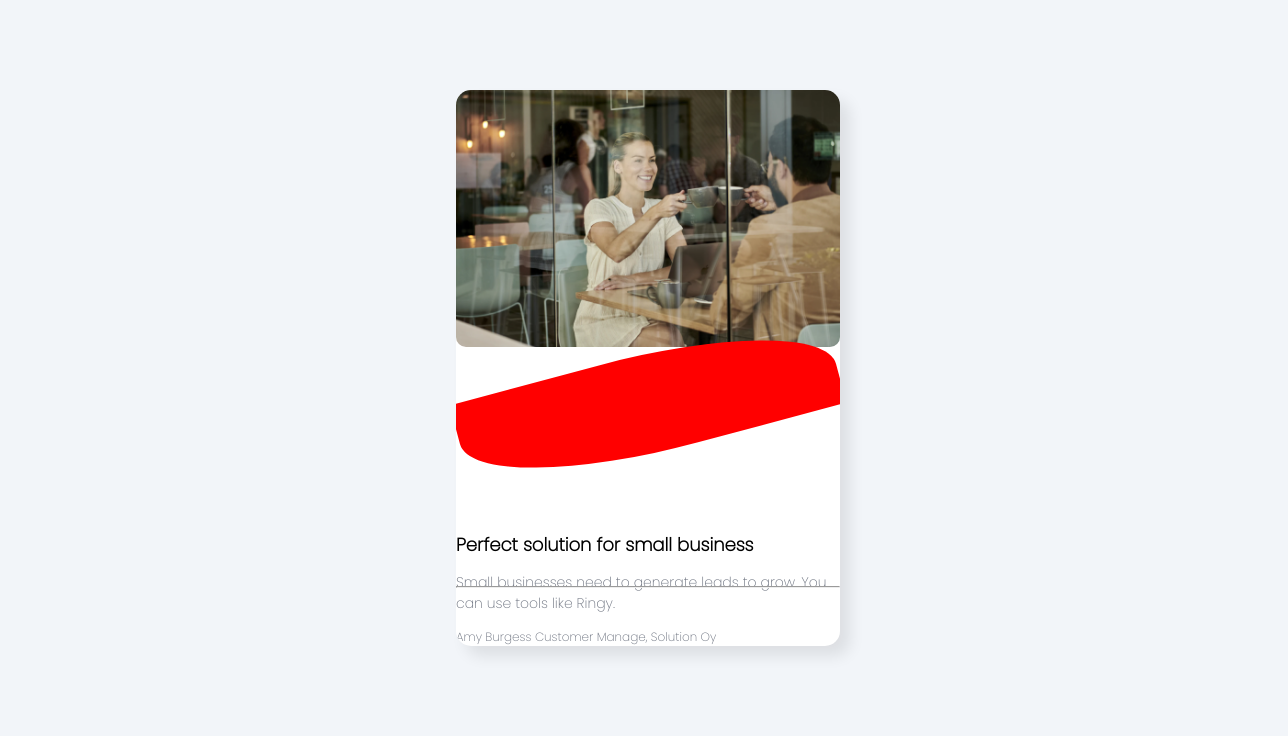
Repository: massndongo/business-blog-card
Page: index.html
These files come from the project's save history. The page is drawn as it stood at one moment and after the next save; the edit follows.
The browser window is 1280 px wide. The page is 1288 px wide, so the pictures cover 1288 px, including what lies to the right of the window. The pictures show the whole page.

Above is the page before, as saved 2023-11-08 04:27:30.

After the next save:
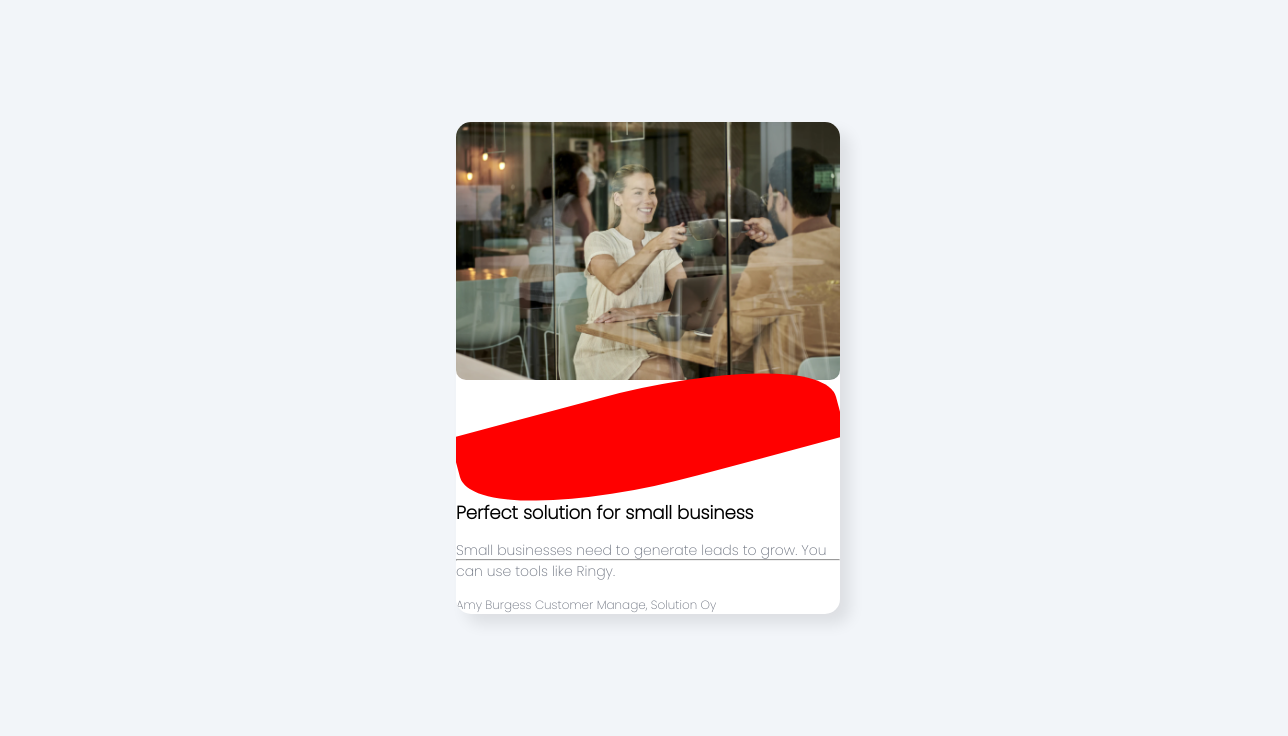
Saved 8 s later.
--- a/css/styles.css
+++ b/css/styles.css
@@ -36,7 +36,7 @@ body {
     border-radius: 0 60% 0;
     transform: rotate(-15deg);
     position: relative;
-    margin-bottom: 20%;
+    margin-bottom: 2%;
 }
 .title{
     font-size: 18px;
